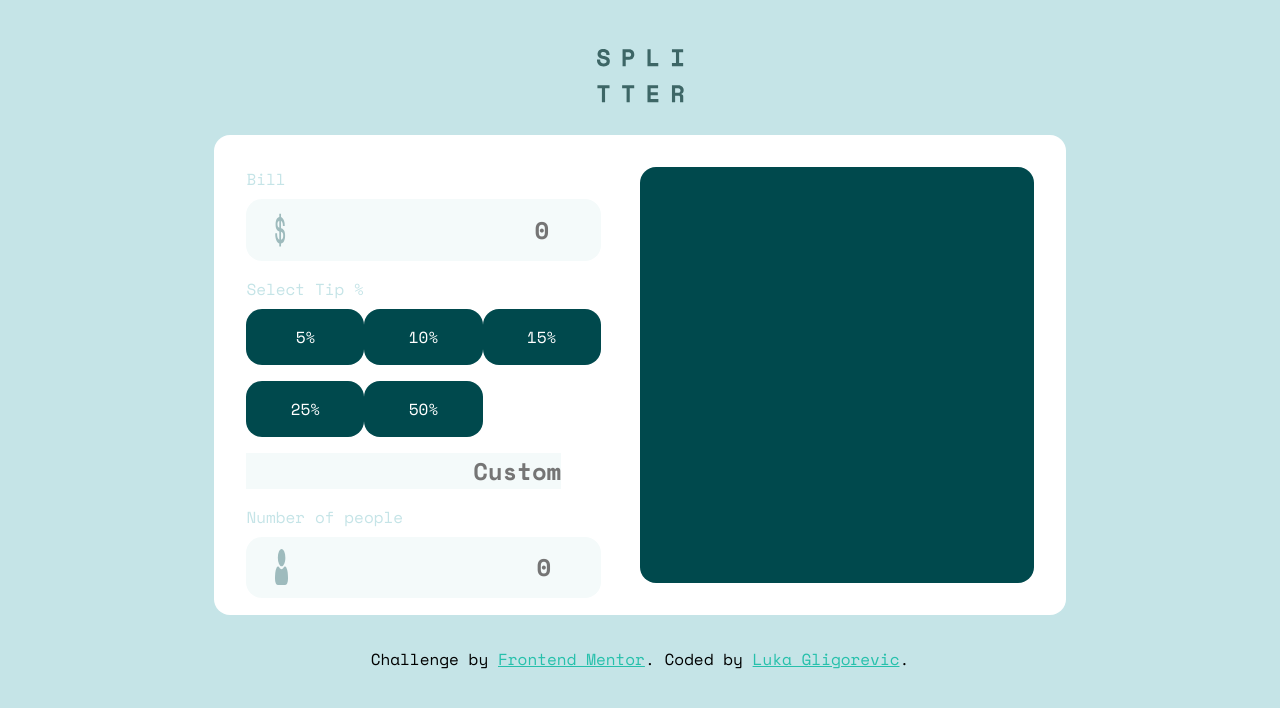
Repository: gligor99/tip-fmentor
Page: /
The author's editor kept a copy of each file at every save. The page is drawn from the files as they stood at one save, then again after the next save.
The browser window is 1280 px wide. The pictures show the whole page.
The project was rebuilt for these pictures with package versions that can differ from the ones it lists, and the page was loaded fresh each time.

Above is the page before, as saved 2021-11-26 22:37:35.

After the next save:
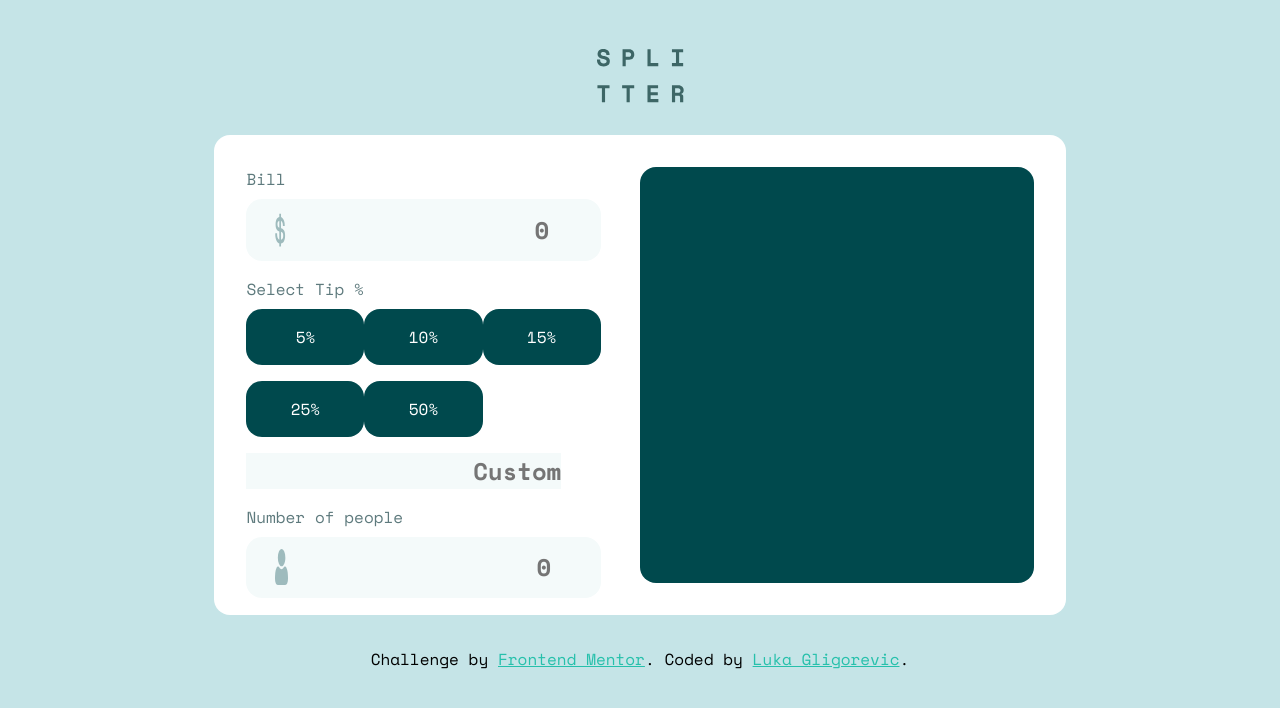
Saved 9 s later.
--- a/src/index.css
+++ b/src/index.css
@@ -79,7 +79,7 @@ label {
   margin-top: 1rem;
   margin-block-end: 0.5em;
   font-weight: 500;
-  color: var(--clr-light-grayish-cyan);
+  color: var(--clr-dark-grayish-cyan);
 }
 
 label:nth-child(1) {
